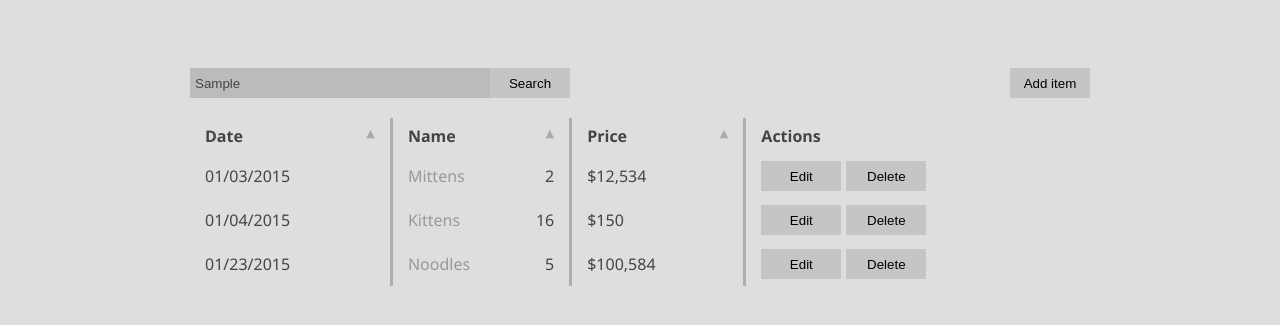
Repository: orendzi/storetask
Page: index.html
The author's editor kept a record of every edit. The page is drawn from the files as they stood at one moment, then again after the next edit.
The browser window is 1280 px wide. The pictures show the whole page.
Empty fields were first filled with sample values (such as "Sample", 5 or name@example.com).
After loading, the first visible `button` was clicked once.
Some web libraries are served in a nearby version.

Above is the page before.
Console error: ReferenceError: namecut is not defined

After the next edit:
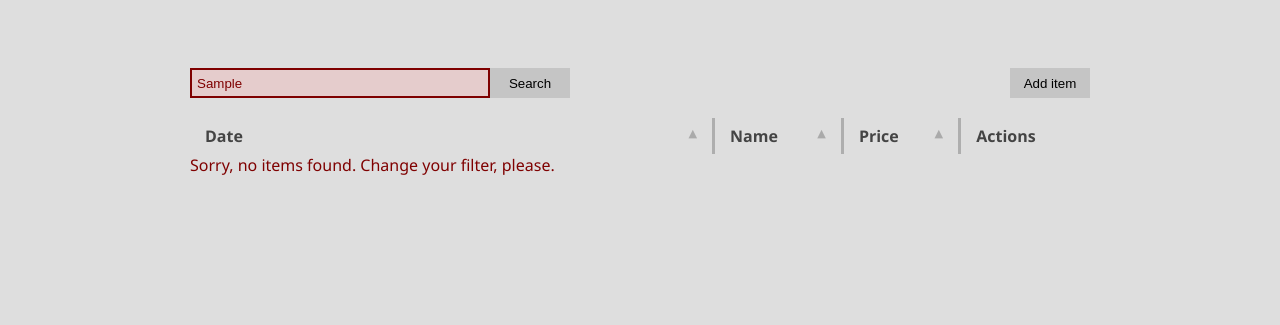
The error is gone.
The edit:
--- a/js/views/itemList.js
+++ b/js/views/itemList.js
@@ -109,17 +109,21 @@
                     var items = [];
                     for (var i=0; i<list.length; i++) {
                         var current = list[i].data.name;
-                        if (current.length > filter.length) {
-                            var slice = current.length - filter.length,
-                            nameCut = current.slice(0, -slice).toLowerCase();
-                            if (filter == namecut) {
-                                items.push(list[i]);
-                            }
-                        } else {
-                            if (filter == current) {
-                                items.push(list[i]);
-                            }
+                        console.log(current.indexOf(filter));
+                        if (current.toLowerCase().indexOf(filter) != -1) {
+                            items.push(list[i]);
                         }
+                        // if (current.length > filter.length) {
+                        //     var slice = current.length - filter.length,
+                        //     nameCut = current.slice(0, -slice).toLowerCase();
+                        //     if (filter == nameCut) {
+                        //         items.push(list[i]);
+                        //     }
+                        // } else {
+                        //     if (filter == current) {
+                        //         items.push(list[i]);
+                        //     }
+                        // }
                     }
                     if (!items.length) {
                         node_searchField.addClass('error');
